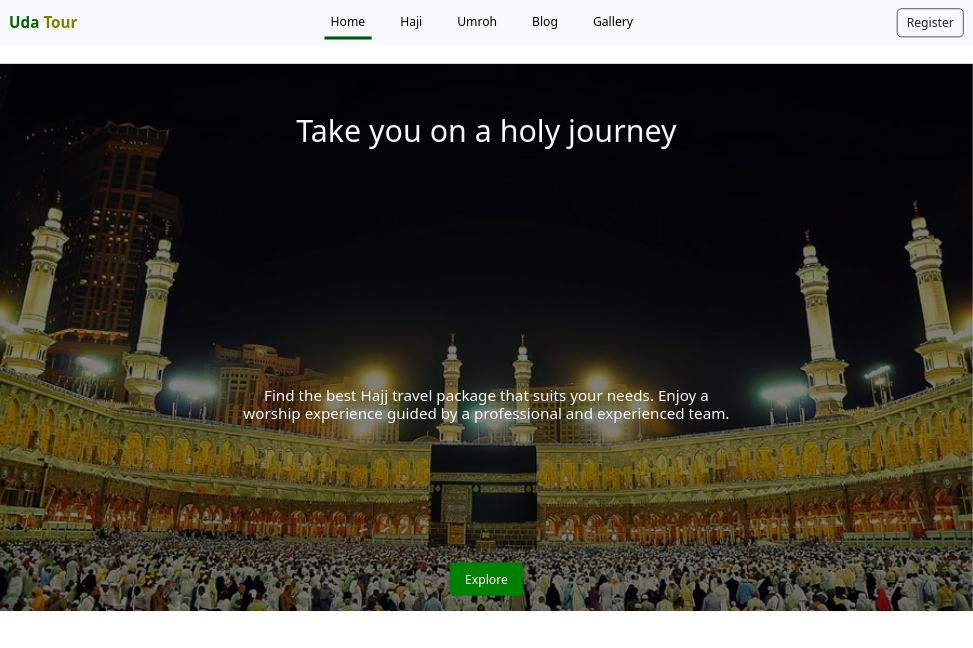
Repository: Putrabobi/Task7
Page: index.html
An editor plug-in stored every save of this project. The page is shown before and after the next save, followed by the edit.
The browser window is 1280 px wide. The pictures show the whole page, at 76% of full size.

Above is the page before, as saved 2024-03-25 10:55:01.

### index.html
<!DOCTYPE html>
<html lang="en">

<head>
    <meta charset="UTF-8">
    <meta name="viewport" content="width=device-width, initial-scale=1.0">
    <title>Haji & Umroh</title>
    <link href="https://cdn.jsdelivr.net/npm/bootstrap@5.3.3/dist/css/bootstrap.min.css" rel="stylesheet"
        integrity="sha384-QWTKZyjpPEjISv5WaRU9OFeRpok6YctnYmDr5pNlyT2bRjXh0JMhjY6hW+ALEwIH" crossorigin="anonymous">
</head>

<body>
    <nav class="navbar navbar-expand-lg  bg-body-tertiary mb-4">
        <div class="container-fluid">
            <a class="navbar-brand" href="#">
                <span style="color: darkgreen;" class="fw-bold">Uda</span>
                <span style="color: olive;" class="fw-bold">Tour</span>
            </a>

            <button class="navbar-toggler" type="button" data-bs-toggle="collapse"
                data-bs-target="#navbarSupportedContent" aria-controls="navbarSupportedContent" aria-expanded="false"
                aria-label="Toggle navigation">
                <span class="navbar-toggler-icon"></span>
            </button>
            <div class="collapse navbar-collapse" id="navbarSupportedContent">
                <ul class="navbar-nav me-auto mb-2 mb-lg-0 mx-auto">
                    <li class="nav-item" style="margin-right: 30px;">
                        <a class="nav-link active" aria-current="page" href="#"
                            style="border-bottom: 4px solid #00570f; color: #000000;">Home</a>
                    </li>
                    <li class="nav-item" style="margin-right: 30px;">
                        <a class="nav-link" href="#" style="color: #000;">Haji</a>
                    </li>
                    <li class="nav-item" style="margin-right: 30px;">
                        <a class="nav-link disabled" style="color: #000;">Umroh</a>
                    </li>
                    <li class="nav-item" style="margin-right: 30px;">
                        <a class="nav-link disabled" style="color: #000;">Blog</a>
                    </li>
                    <li class="nav-item" style="margin-right: 30px;">
                        <a class="nav-link disabled" style="color: #000;">Gallery</a>
                    </li>
                </ul>
                <button class="btn btn-outline-dark" type="submit">Register</button>
            </div>

        </div>
    </nav>

    <div class="position-relative text-center mb-5">
        <img src="images/mekkah.jpg" style="filter: brightness(50%);" alt="Mekkah" width="100%">
        <h1 class="position-absolute top-0 start-50 translate-middle-x text-light" style="margin-top: 5%;">Take you on a holy journey</h1>
        <h5 class="position-absolute top-50 start-50 translate-middle-x text-light" style="margin-top: 5%;">Find the best Hajj travel package that suits your needs. Enjoy a worship experience guided by a professional and experienced team.</h5>
        <button style="position: absolute; bottom: 20px; left: 50%; transform: translateX(-50%); background-color: green; color: white; padding: 10px 20px; border: none; border-radius: 5px; cursor: pointer;">Explore</button>
    </div>






</body>

</html>

After the next save:
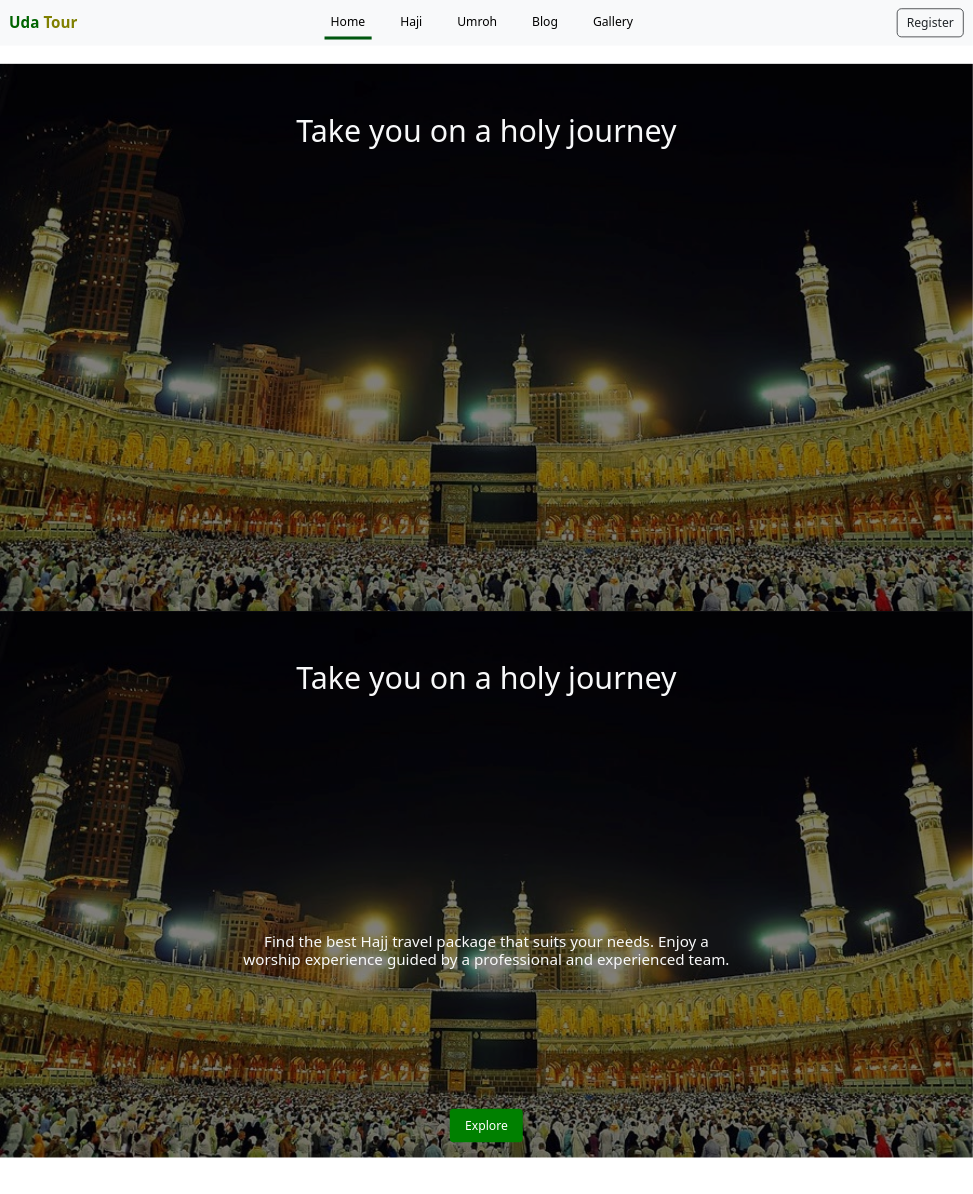
Saved 64 s later.
--- a/index.html
+++ b/index.html
@@ -50,8 +50,13 @@
     <div class="position-relative text-center mb-5">
         <img src="images/mekkah.jpg" style="filter: brightness(50%);" alt="Mekkah" width="100%">
         <h1 class="position-absolute top-0 start-50 translate-middle-x text-light" style="margin-top: 5%;">Take you on a holy journey</h1>
-        <h5 class="position-absolute top-50 start-50 translate-middle-x text-light" style="margin-top: 5%;">Find the best Hajj travel package that suits your needs. Enjoy a worship experience guided by a professional and experienced team.</h5>
-        <button style="position: absolute; bottom: 20px; left: 50%; transform: translateX(-50%); background-color: green; color: white; padding: 10px 20px; border: none; border-radius: 5px; cursor: pointer;">Explore</button>
+        <div class="position-relative text-center mb-5">
+            <img src="images/mekkah.jpg" style="filter: brightness(50%);" alt="Mekkah" width="100%">
+            <h1 class="position-absolute top-0 start-50 translate-middle-x text-light" style="margin-top: 5%;">Take you on a holy journey</h1>
+            <button style="position: absolute; bottom: 20px; left: 50%; transform: translateX(-50%); background-color: green; color: white; padding: 10px 20px; border: none; border-radius: 5px; cursor: pointer;">Explore</button>
+            <h5 class="position-absolute top-50 start-50 translate-middle-x text-light" style="margin-top: 5%;">Find the best Hajj travel package that suits your needs. Enjoy a worship experience guided by a professional and experienced team.</h5>
+        </div>
+
     </div>
 
 

After the save that followed:
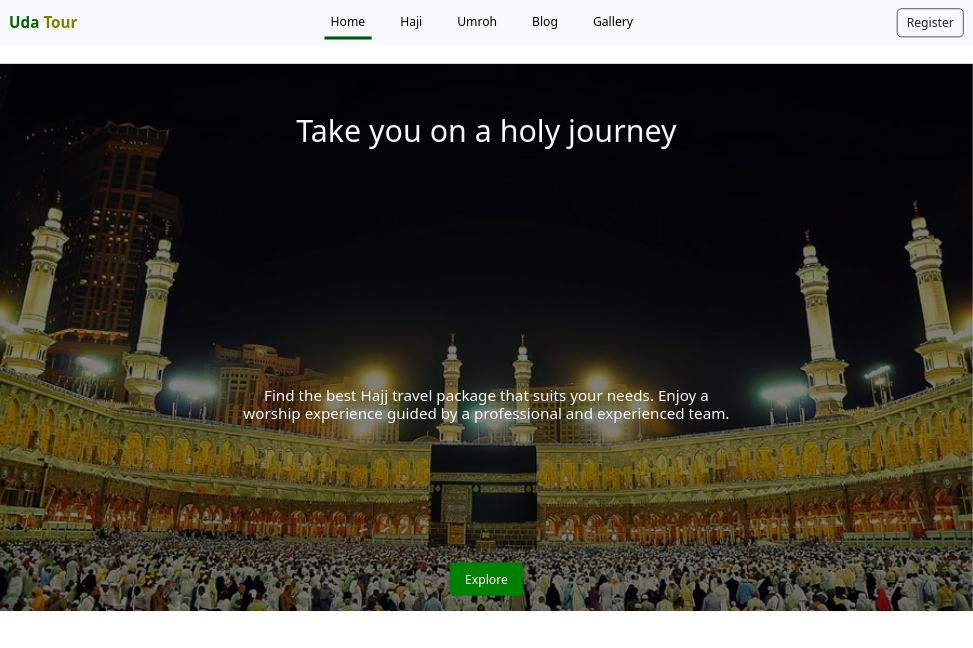
Saved 9 s later.
--- a/index.html
+++ b/index.html
@@ -50,13 +50,8 @@
     <div class="position-relative text-center mb-5">
         <img src="images/mekkah.jpg" style="filter: brightness(50%);" alt="Mekkah" width="100%">
         <h1 class="position-absolute top-0 start-50 translate-middle-x text-light" style="margin-top: 5%;">Take you on a holy journey</h1>
-        <div class="position-relative text-center mb-5">
-            <img src="images/mekkah.jpg" style="filter: brightness(50%);" alt="Mekkah" width="100%">
-            <h1 class="position-absolute top-0 start-50 translate-middle-x text-light" style="margin-top: 5%;">Take you on a holy journey</h1>
-            <button style="position: absolute; bottom: 20px; left: 50%; transform: translateX(-50%); background-color: green; color: white; padding: 10px 20px; border: none; border-radius: 5px; cursor: pointer;">Explore</button>
-            <h5 class="position-absolute top-50 start-50 translate-middle-x text-light" style="margin-top: 5%;">Find the best Hajj travel package that suits your needs. Enjoy a worship experience guided by a professional and experienced team.</h5>
-        </div>
-
+        <h5 class="position-absolute top-50 start-50 translate-middle-x text-light" style="margin-top: 5%;">Find the best Hajj travel package that suits your needs. Enjoy a worship experience guided by a professional and experienced team.</h5>
+        <button style="position: absolute; bottom: 20px; left: 50%; transform: translateX(-50%); background-color: green; color: white; padding: 10px 20px; border: none; border-radius: 5px; cursor: pointer;">Explore</button>
     </div>
 
 
